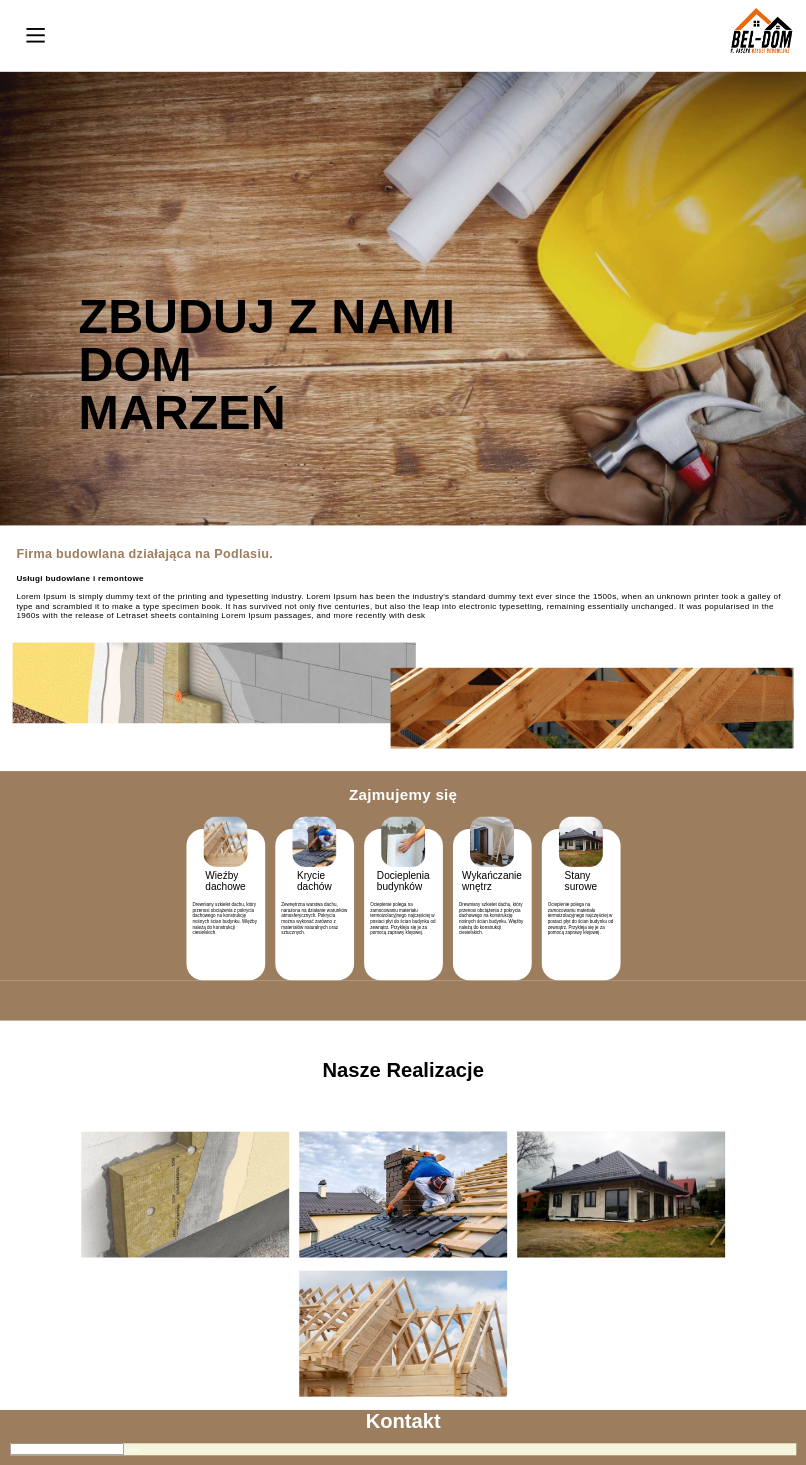
Repository: JakubPaszko2001/bel
Page: index.html
These files come from the project's save history. The page is drawn as it stood at one moment and after the next save; the edit follows.
The browser window is 1280 px wide. The pictures show the whole page, at 63% of full size.
Some web fonts or font styles are not loaded; a fallback is used.

Above is the page before, as saved 2022-03-05 16:27:00.

After the next save:
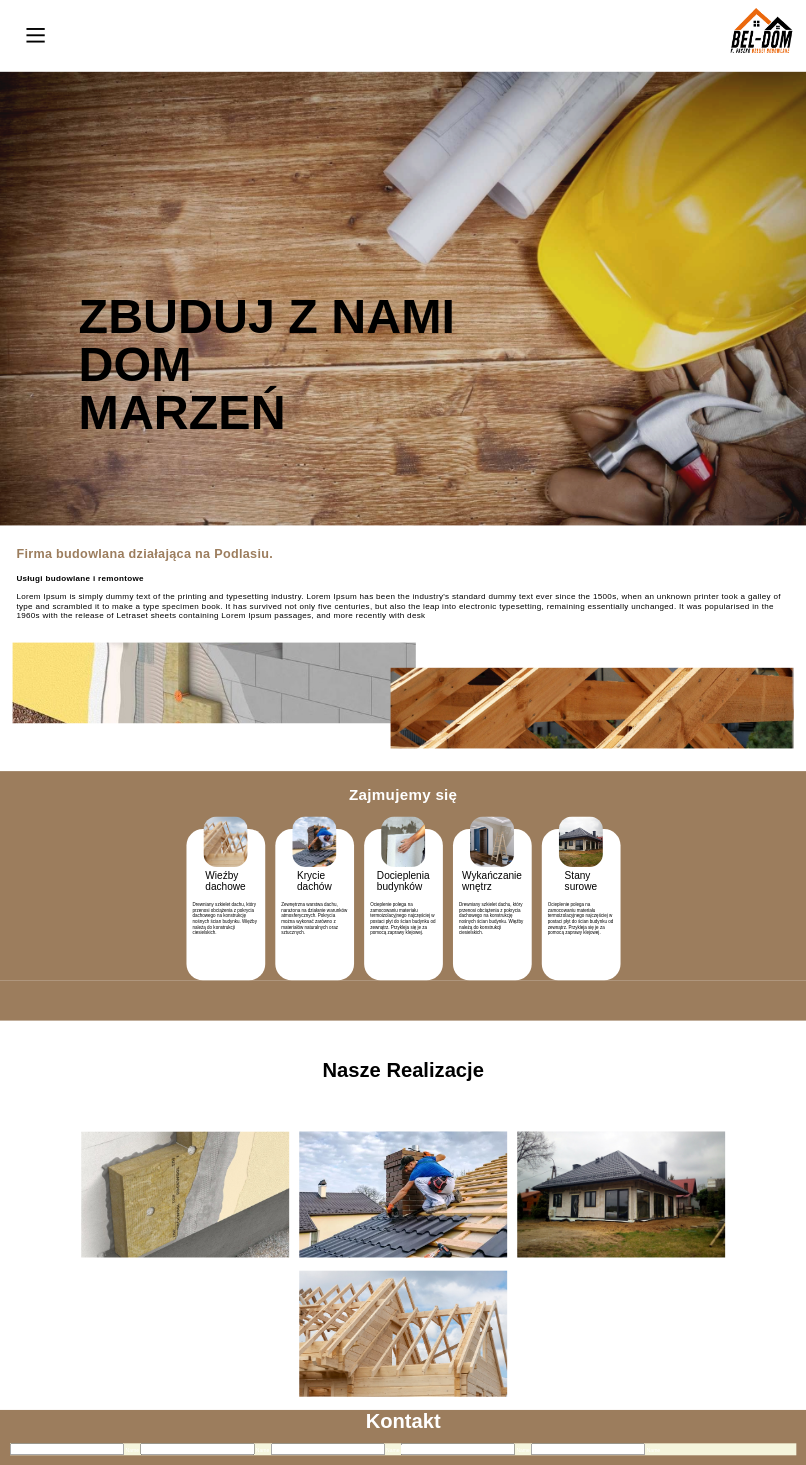
Saved 14 s later.
--- a/index.html
+++ b/index.html
@@ -137,6 +137,14 @@
             <div class="contact-container">
                 <input type="text" required />
                 <label>Name</label>
+                <input type="text" required />
+                <label>Name</label>
+                <input type="text" required />
+                <label>Name</label>
+                <input type="text" required />
+                <label>Name</label>
+                <input type="text" required />
+                <label>Name</label>
             </div>
         </div>
     </div>

After the save that followed:
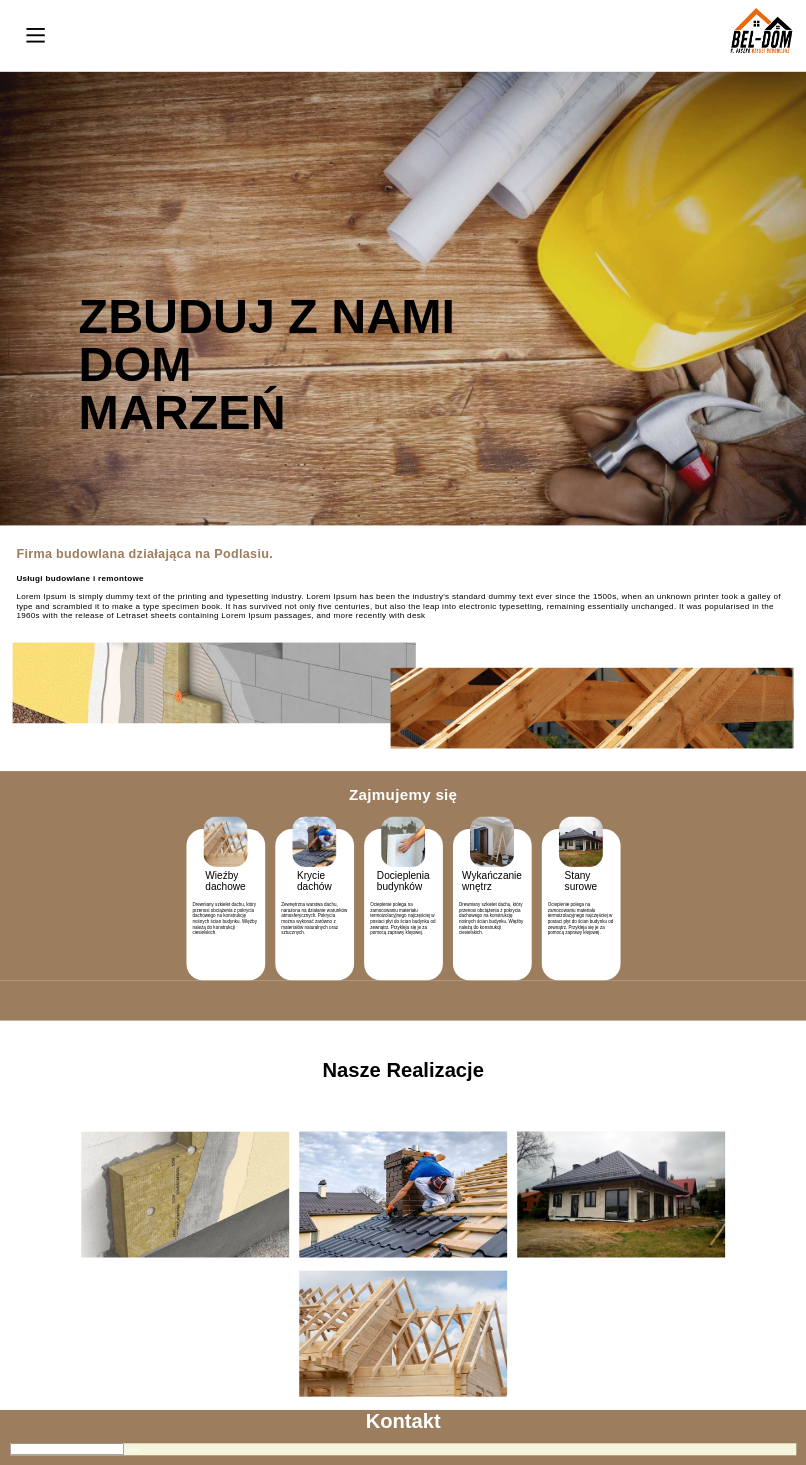
Saved 12 s later.
--- a/index.html
+++ b/index.html
@@ -137,14 +137,7 @@
             <div class="contact-container">
                 <input type="text" required />
                 <label>Name</label>
-                <input type="text" required />
-                <label>Name</label>
-                <input type="text" required />
-                <label>Name</label>
-                <input type="text" required />
-                <label>Name</label>
-                <input type="text" required />
-                <label>Name</label>
+
             </div>
         </div>
     </div>
